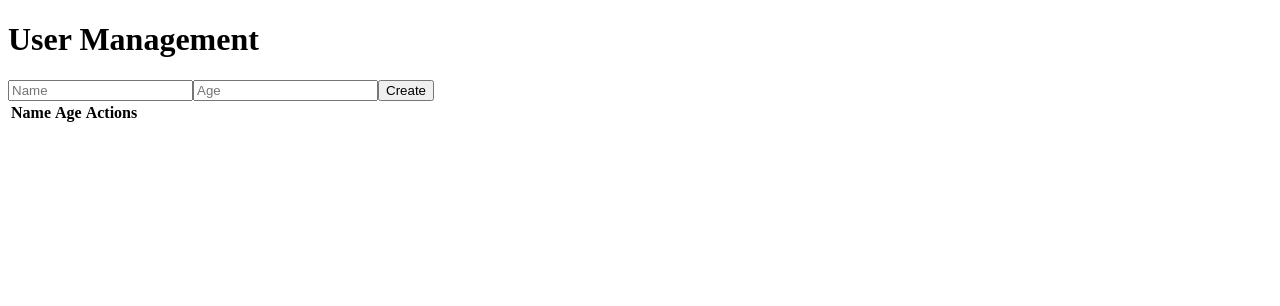
Repository: Mithun-74/A-simple-full-stack-CRUD
Page: / (app in client/)
These files come from the project's save history. The page is drawn as it stood at one moment and after the next save; the edit follows.
The browser window is 1280 px wide. The pictures show the whole page.
The page's requests for data from a server got no answer. The project was rebuilt for these pictures with package versions that can differ from the ones it lists, and the page was loaded fresh each time. No one was signed in, and anything a server would have sent is missing. Also part of the build but not shown: client/vite.config.js, client/src/index.css.

Above is the page before, as saved 2025-10-25 17:22:42.

### client/src/App.jsx
import { useEffect, useState } from "react";
import axios from "axios";

function App() {
  const [users, setUsers] = useState([]);
  const [name, setName] = useState("");
  const [age, setAge] = useState("");
  const [editUser, setEditUser] = useState(null);

  const fetchData = async () => {
    const res = await axios.get("http://localhost:5000/users");
    setUsers(res.data);
  };

  useEffect(() => {
    fetchData();
  }, []);

  const deleteUser = async (id) => {
    await axios.delete(`http://localhost:5000/users/${id}`);
    fetchData();
  };

  const handleEdit = (user) => {
    setEditUser(user);
    setName(user.name);
    setAge(user.age);
  };

  const createUser = async () => {
    await axios.post("http://localhost:5000/users", { name, age });
    setName("");
    setAge("");
    fetchData();
  };

  const updateUser = async () => {
    if (!editUser) {
      alert("No user selected for update!");
      return;
    }

    await axios.put(`http://localhost:5000/users/${editUser.id}`, {
      name,
      age,
    });
    setEditUser(null);
    setName("");
    setAge("");
    fetchData();
  };

  return (
    <div>
      <h1>User Management</h1>
      <form
        onSubmit={(e) => {
          e.preventDefault();
          editUser ? updateUser() : createUser();
        }}
      >
        <input
          type="text"
          value={name}
          onChange={(e) => setName(e.target.value)}
          placeholder="Name"
          required
        />
        <input
          type="number"
          value={age}
          onChange={(e) => setAge(e.target.value)}
          placeholder="Age"
          required
        />
        <button type="submit">{editUser ? "Update" : "Create"}</button>
      </form>

      <table>
        <thead>
          <tr>
            <th>Name</th>
            <th>Age</th>
            <th>Actions</th>
          </tr>
        </thead>
        <tbody>
          {users.map((user) => (
            <tr key={user.id}>
              <td>{user.name}</td>
              <td>{user.age}</td>
              <td>
                <button onClick={() => handleEdit(user)}>Edit</button>
                <button onClick={() => deleteUser(user.id)}>Delete</button>
              </td>
            </tr>
          ))}
        </tbody>
      </table>
    </div>
  );
}

export default App;

### client/src/App.css
/* Reset default browser styles */
* {
  margin: 0;
  padding: 0;
  box-sizing: border-box;
  font-family: "Poppins", sans-serif;
}

/* Main container */
body {
  background: #f7f9fc;
  color: #333;
}

.container {
  max-width: 700px;
  margin: 50px auto;
  background: #fff;
  padding: 30px;
  border-radius: 15px;
  box-shadow: 0 4px 10px rgba(0, 0, 0, 0.1);
}

/* Heading */
h2 {
  text-align: center;
  color: #444;
  margin-bottom: 25px;
}

/* Input area */
.form {
  display: flex;
  justify-content: center;
  gap: 10px;
  margin-bottom: 20px;
}

input {
  padding: 10px 12px;
  border: 1px solid #ccc;
  border-radius: 8px;
  outline: none;
  transition: 0.2s;
}

input:focus {
  border-color: #007bff;
}

/* Buttons */
button {
  padding: 10px 15px;
  background: #007bff;
  color: white;
  border: none;
  border-radius: 8px;
  cursor: pointer;
  transition: 0.3s;
}

button:hover {
  background: #0056b3;
}

/* Table styles */
table {
  width: 100%;
  border-collapse: collapse;
  margin-top: 15px;
}

th, td {
  padding: 12px;
  text-align: center;
  border-bottom: 1px solid #ddd;
}

th {
  background-color: #007bff;
  color: white;
}

tr:hover {
  background-color: #f1f1f1;
}

/* Action buttons */
.action-btn {
  display: flex;
  justify-content: center;
  gap: 10px;
}

.action-btn button {
  background: #28a745;
}

.action-btn button:last-child {
  background: #dc3545;
}

.action-btn button:hover {
  opacity: 0.85;
}

@media (max-width: 600px) {
  .form {
    flex-direction: column;
    align-items: center;
  }

  input, button {
    width: 90%;
  }

  table {
    font-size: 14px;
  }
}

Loaded but not shown: client/index.html (common file); client/src/main.jsx (common file)

After the next save:
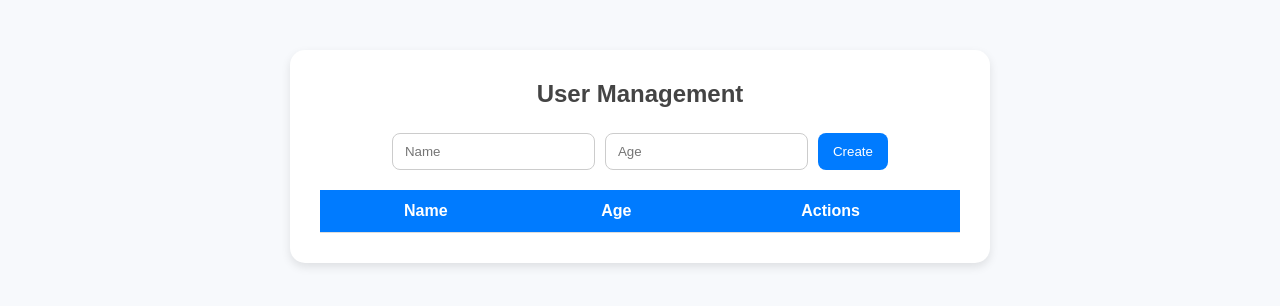
Saved 92 s later.
--- a/client/src/App.jsx
+++ b/client/src/App.jsx
@@ -1,5 +1,7 @@
+// ...existing code...
 import { useEffect, useState } from "react";
 import axios from "axios";
+import "./App.css";
 
 function App() {
   const [users, setUsers] = useState([]);
@@ -51,15 +53,18 @@ function App() {
   };
 
   return (
-    <div>
-      <h1>User Management</h1>
+    <div className="container">
+      <h2>User Management</h2>
+
       <form
+        className="form"
         onSubmit={(e) => {
           e.preventDefault();
           editUser ? updateUser() : createUser();
         }}
       >
         <input
+          className="input"
           type="text"
           value={name}
           onChange={(e) => setName(e.target.value)}
@@ -67,6 +72,7 @@ function App() {
           required
         />
         <input
+          className="input"
           type="number"
           value={age}
           onChange={(e) => setAge(e.target.value)}
@@ -90,8 +96,14 @@ function App() {
               <td>{user.name}</td>
               <td>{user.age}</td>
               <td>
-                <button onClick={() => handleEdit(user)}>Edit</button>
-                <button onClick={() => deleteUser(user.id)}>Delete</button>
+                <div className="action-btn">
+                  <button type="button" onClick={() => handleEdit(user)}>
+                    Edit
+                  </button>
+                  <button type="button" onClick={() => deleteUser(user.id)}>
+                    Delete
+                  </button>
+                </div>
               </td>
             </tr>
           ))}
@@ -102,3 +114,4 @@ function App() {
 }
 
 export default App;
+// ...existing code...
